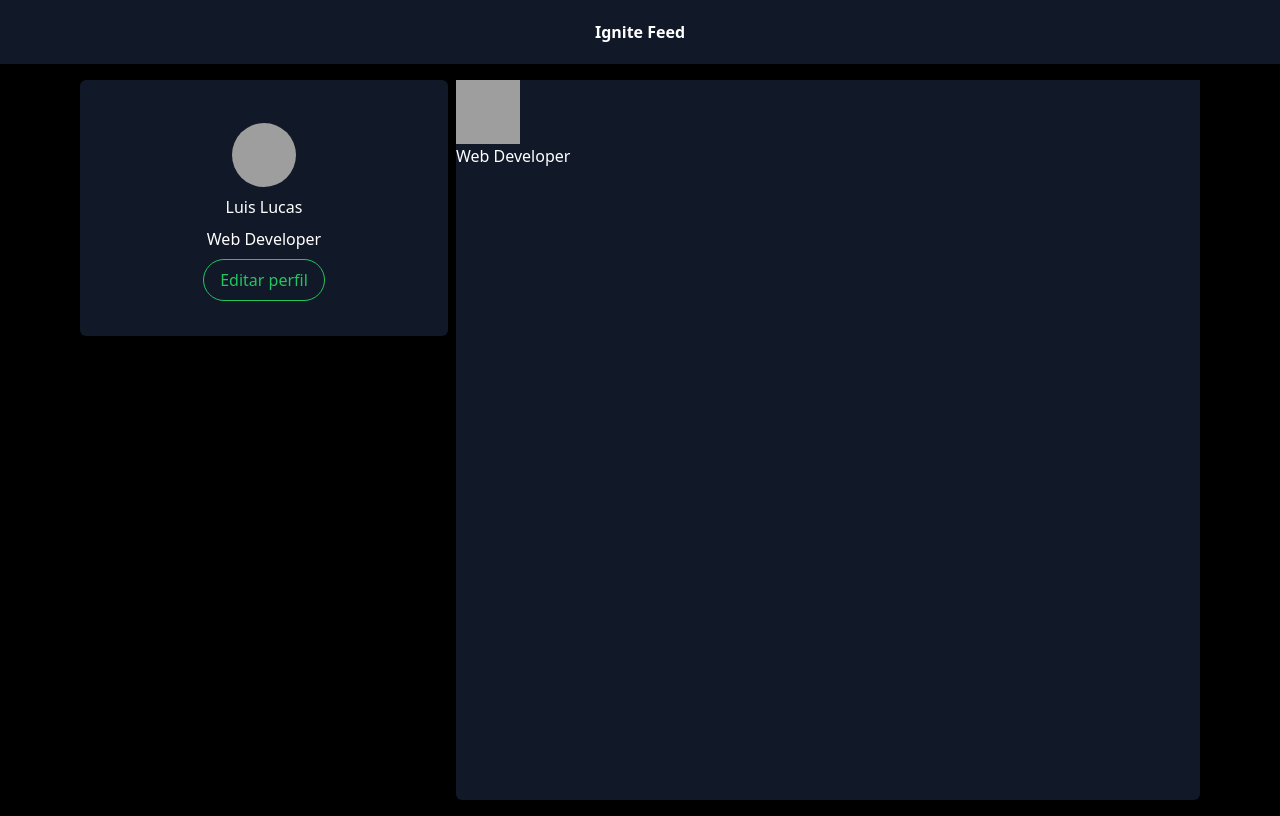
Repository: LuisSempre/ignite-feed
Page: /
The author's editor kept a copy of each file at every save. The page is drawn from the files as they stood at one save, then again after a run of saves.
The browser window is 1280 px wide. The pictures show the whole page.
Pictures or frames that could not be fetched are drawn as grey boxes. The project was rebuilt for these pictures with package versions that can differ from the ones it lists, and the page was loaded fresh each time. Also part of the build but not shown: vite.config.js.

Above is the page before, as saved 2022-07-13 22:49:45.

After the next 2 saves:
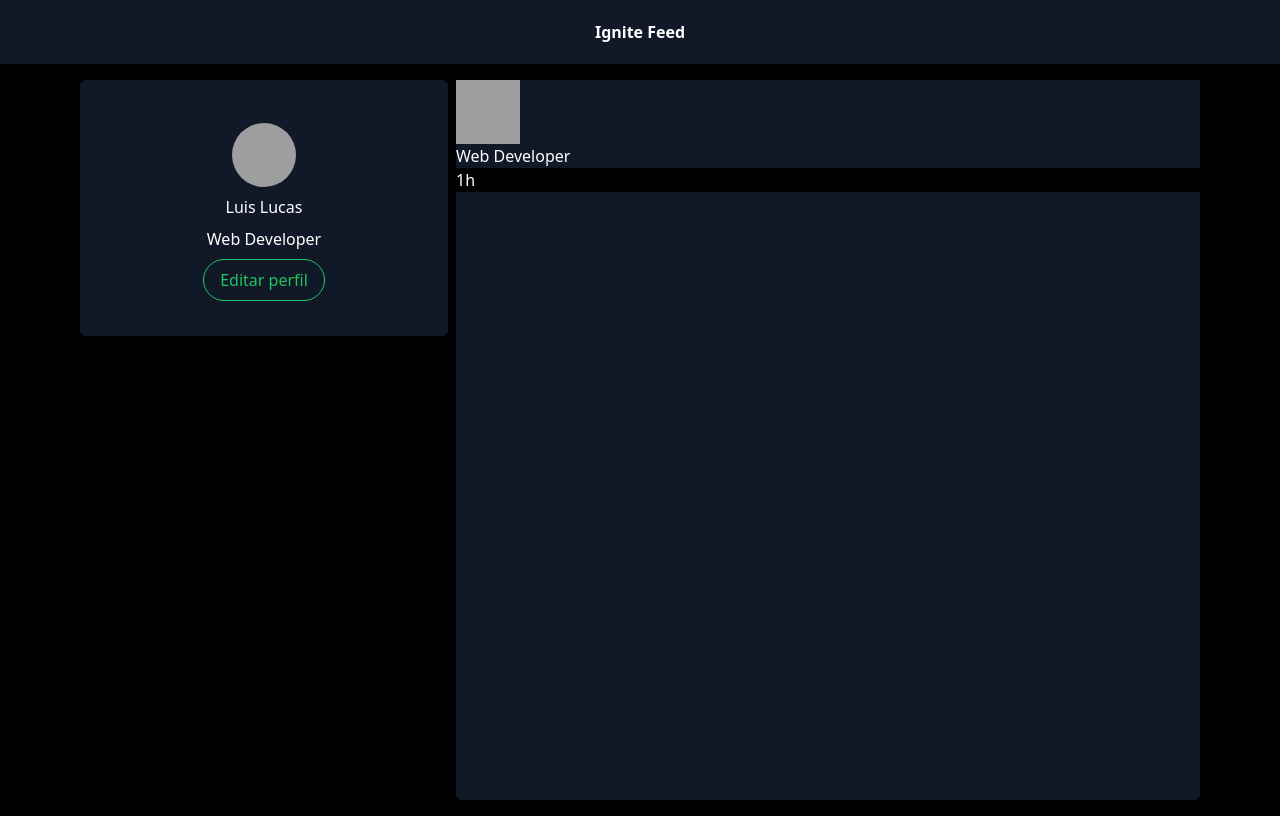
The 2 saves are shown as one change because they came seconds apart.
The last was saved 38 s later.
--- a/src/Components/Post.jsx
+++ b/src/Components/Post.jsx
@@ -10,6 +10,9 @@ export function Post() {
           />
           <span>Web Developer</span>
         </div>
+        <div>
+            <time>1h</time>
+        </div>
       </div>
     </div>
   );
